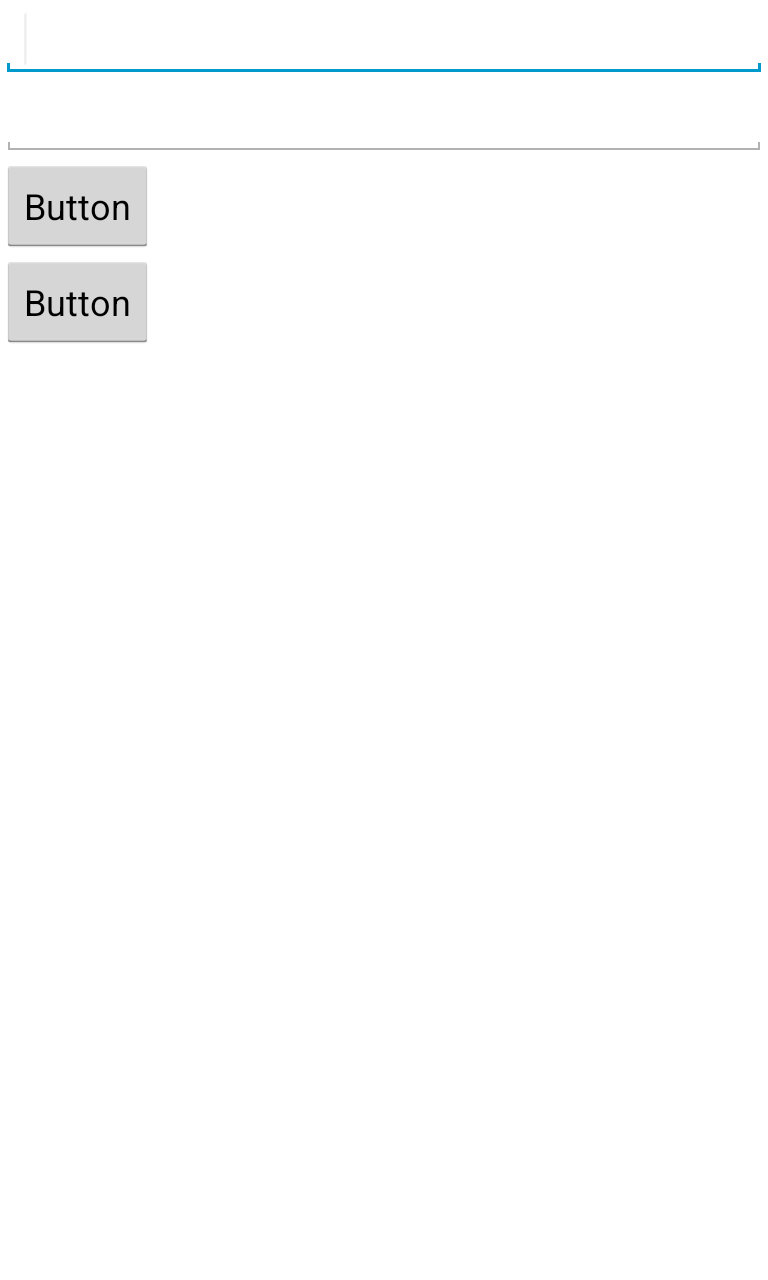
Repository: tyrelltle/LocationService
Layout: iamsingle/iamsingle/res/layout/logon.xml
The author's editor kept a copy of each file at every save. The layout is drawn from the files as they stood at one save, then again after the next save.
It is drawn on a 768 x 1280 px phone screen (xhdpi) without system bars, with theme AppTheme; the app's code is not run.

Above is the layout before, as saved 2013-06-30 07:58:16.

After the next save:
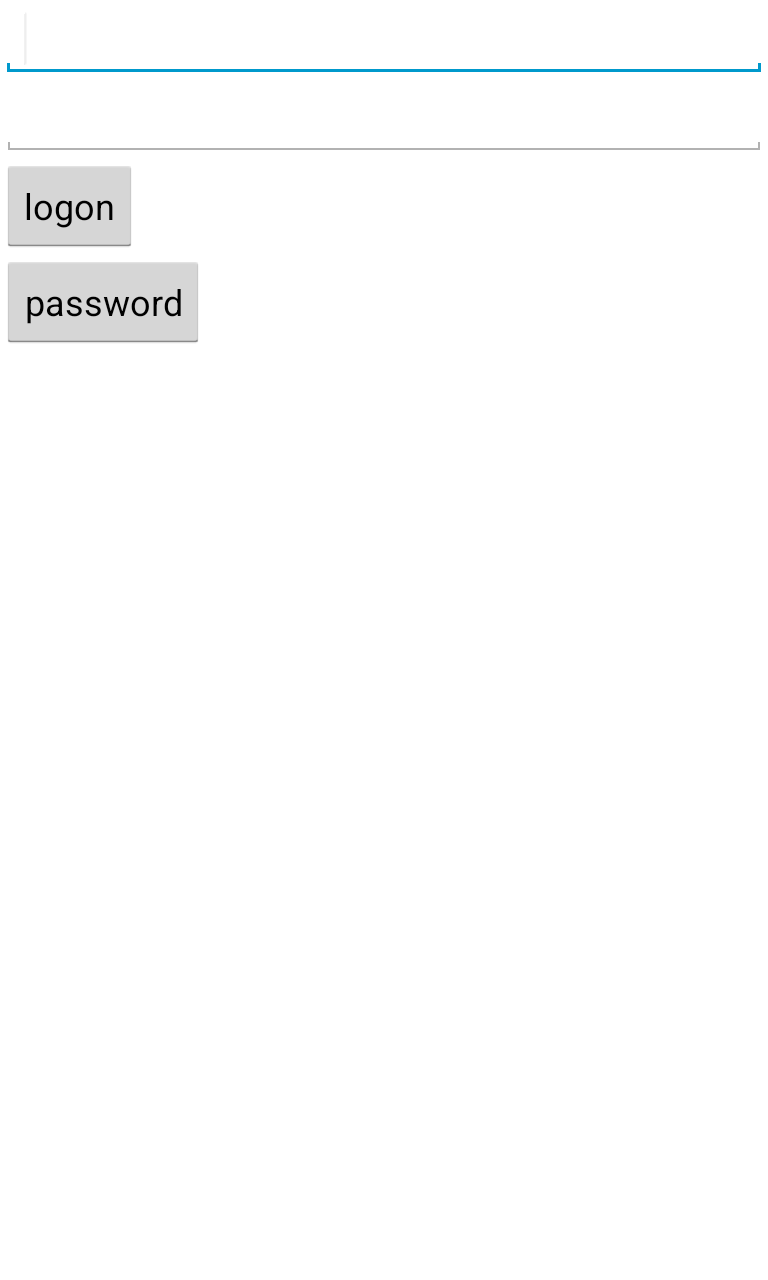
Saved 15 s later.
--- a/iamsingle/iamsingle/res/layout/logon.xml
+++ b/iamsingle/iamsingle/res/layout/logon.xml
@@ -25,12 +25,12 @@
         android:id="@+id/btnlogon"
         android:layout_width="wrap_content"
         android:layout_height="wrap_content"
-        android:text="Button" />
+        android:text="logon" />
 
     <Button
         android:id="@+id/btnpwd"
         android:layout_width="wrap_content"
         android:layout_height="wrap_content"
-        android:text="Button" />
+        android:text="password" />
 
 </LinearLayout>
